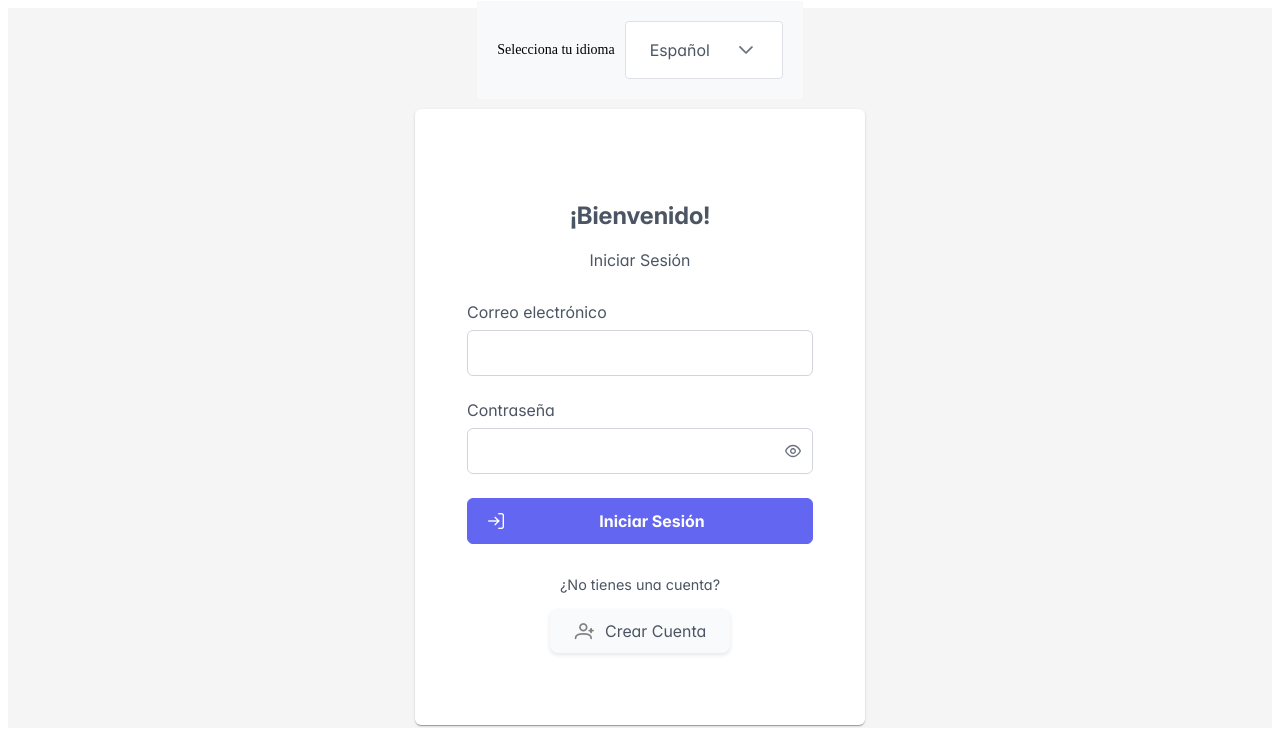
Repository: nder1996/Info_Colombia
Page: / (app in fronted/gestion-tareas/)
The author's editor kept a copy of each file at every save. The page is drawn from the files as they stood at one save, then again after the next save.
The browser window is 1280 px wide. The pictures show the whole page.
The project was rebuilt for these pictures with package versions that can differ from the ones it lists, and the page was loaded fresh each time. Also part of the build but not shown: fronted/gestion-tareas/src/routes/ProtectedRoute.tsx, fronted/gestion-tareas/src/components/gestion-tareas/GestionTareas.css, fronted/gestion-tareas/src/services/GestionTareasService.ts, fronted/gestion-tareas/src/services/SummaryServices.ts, fronted/gestion-tareas/src/services/UsuarioService.ts, fronted/gestion-tareas/src/services/WebSocketService.ts, fronted/gestion-tareas/src/hooks/useNotifications.ts, fronted/gestion-tareas/src/components/gestion-tareas/GestionTareas.tsx and 1 more.

Above is the page before, as saved 2025-02-24 03:19:40.

### fronted/gestion-tareas/src/index.css
.App {
  display: flex;
  justify-content: center;
  align-items: center;
  height: 100vh !important;
  width: 100% !important;
  background-color: #f5f5f5;
  padding: 0 !important;
  /*border:1px solid red !important;*/
  /* You can add more styles as needed */
}

### fronted/gestion-tareas/src/App.tsx
import React, { useRef } from 'react';
import { BrowserRouter } from 'react-router-dom';
import './App.css';
import AppRoutes from './routes/AppRoutes';
import useAuthStore from './store/auth/useAuthStore';
import './services/InterceptorAuth';
import { ToastProvider } from './context/ToastContext';

import "primereact/resources/themes/lara-light-indigo/theme.css";
import "primereact/resources/primereact.min.css";
import "primeicons/primeicons.css";
import { LanguageProvider } from './context/LanguageContext';



function App() {
  const auth = useAuthStore((state) => state.Auth)
  return (
    <ToastProvider>
      <LanguageProvider>
        <div className="App">
          <BrowserRouter>
            <AppRoutes />
          </BrowserRouter>
        </div>
      </LanguageProvider>
    </ToastProvider>
  );
}

export default App;

### fronted/gestion-tareas/src/App.css
@import "primereact/resources/themes/lara-light-indigo/theme.css";
@import "primereact/resources/primereact.min.css";
@import "primeicons/primeicons.css";

### fronted/gestion-tareas/src/routes/AppRoutes.tsx
import React from "react";
import { Routes, Route, Navigate } from "react-router-dom";
import ProtectedRoute from "./ProtectedRoute";
import useAuthStore from "../store/auth/useAuthStore";
import GestionTareas from "src/components/gestion-tareas/GestionTareas";
import InicioSession from "src/components/InicioSession/InicioSession";
import Registrarse from "src/components/Registrarse/Registrarse";

const AppRoutes: React.FC = () => {
  const auth = useAuthStore((state) => state.Auth);

  return (
    <Routes>
      <Route path="/login" element={<InicioSession />} />
      <Route path="/Registro" element={<Registrarse />} />

      {/* Agrupar rutas protegidas dentro de ProtectedRoute */}
      <Route element={<ProtectedRoute />}>
        <Route path="/GestionTareas" element={<GestionTareas />} />
      </Route>

      {/* Redirigir a login si no hay ruta válida */}

       <Route path="*" element={<Navigate to={auth.isAuthenticated ? "/GestionTareas" : "/login"} replace />} />
    </Routes>
  );
};

export default AppRoutes;

### fronted/gestion-tareas/src/store/auth/useAuthStore.ts
import { AuthService } from 'src/services/AuthService';
import { create } from 'zustand'

type AuthState = { Auth: { token: string | null ; isAuthenticated: boolean |null ; username:string | null } }

type AuthStateStoreActions = {
  setAuth: (nextAuth: AuthState['Auth']) => void
}

type AuthStore = AuthState & AuthStateStoreActions;

const useAuthStore = create<AuthStore>()((set) => ({
  Auth: AuthService.getInfoSession() || {
    token: null,
    isAuthenticated: false,
    username: null
  },
  setAuth: (nextAuth) => set({ Auth: nextAuth })
}));

export default useAuthStore;




//export default useAuthStore;

### fronted/gestion-tareas/src/services/InterceptorAuth.ts
import axios from 'axios';
import { AuthService } from './AuthService';

const InterceptorAuth = {
  usuario: axios.create({
    baseURL: 'http://localhost:8700/api/usuario'
  }),
  summary: axios.create({
    baseURL: 'http://localhost:8700/api/summary/'
  }),
  tarea: axios.create({
    baseURL: 'http://localhost:8700/api/tarea/'
  })
};

Object.values(InterceptorAuth).forEach(api => {
  api.interceptors.request.use(
    (config) => {
      const token = AuthService.getToken()?.replace(/"/g, '');
      if (token) {
        config.headers.Authorization = `Bearer ${token}`;
      }
      //console.log("se le agrego el token a la peticion: " + config.url+"  token "+config.headers.Authorization);
      return config;
    },
    (error) => Promise.reject(error)
  );

  api.interceptors.response.use(
    (response) => response,
    (error) => {
      if (error.response?.status !== 200 && error.response?.status !== 201) {
        AuthService.logout();
        window.location.href = '/login';
      }
      return Promise.reject(error);
    }
  );
});

export default InterceptorAuth;

### fronted/gestion-tareas/src/context/ToastContext.tsx
import { createContext, useContext, useRef } from 'react';
import { Toast } from 'primereact/toast';


interface ToastService {
    mostrarExito: (titulo: string, detalle?: string) => void;
    mostrarError: (titulo: string, detalle?: string) => void;
    mostrarInfo: (titulo: string, detalle?: string) => void;
    mostrarAdvertencia: (titulo: string, detalle?: string) => void;
}

const ToastContext = createContext<ToastService>({} as ToastService);

export const ToastProvider = ({ children }: { children: React.ReactNode }) => {
    const toast = useRef<Toast>(null);

    const mostrarExito = (titulo: string, detalle?: string) => {
        toast.current?.show({
            severity: 'success',
            summary: titulo,
            detail: detalle,
            life: 3000
        });
    };

    const mostrarError = (titulo: string, detalle?: string) => {
        toast.current?.show({
            severity: 'error',
            summary: titulo,
            detail: detalle,
            life: 5000
        });
    };

    const mostrarInfo = (titulo: string, detalle?: string) => {
        toast.current?.show({
            severity: 'info',
            summary: titulo,
            detail: detalle,
            life: 3000
        });
    };

    const mostrarAdvertencia = (titulo: string, detalle?: string) => {
        toast.current?.show({
            severity: 'warn',
            summary: titulo,
            detail: detalle,
            life: 4000
        });
    };

    return (
        <ToastContext.Provider value={{ mostrarExito, mostrarError, mostrarInfo, mostrarAdvertencia }}>
            <Toast ref={toast} position="top-right" />
            {children}
        </ToastContext.Provider>
    );
};

export const useToast = () => useContext(ToastContext);

### fronted/gestion-tareas/src/context/LanguageContext.tsx
import React, { createContext, useContext, useState } from 'react';
import { traducciones } from 'src/i18n/traducciones';
import { Language, ITranslations } from 'src/i18n/types';

interface LanguageContextType {
  language: Language;
  t: ITranslations;
  changeLanguage: (lang: Language) => void;
}

const LanguageContext = createContext<LanguageContextType>({} as LanguageContextType);

export const LanguageProvider = ({ children }: { children: React.ReactNode }) => {
  const [language, setLanguage] = useState<Language>('es');

  const changeLanguage = (lang: Language) => {
    setLanguage(lang);
  };

  const value = {
    language,
    t: traducciones[language],
    changeLanguage
  };

  return (
    <LanguageContext.Provider value={value}>
      {children}
    </LanguageContext.Provider>
  );
};



export const useLanguage = () => {
  const context = useContext(LanguageContext);
  if (!context) {
    throw new Error('useLanguage must be used within a LanguageProvider');
  }
  return context;
};

### fronted/gestion-tareas/src/components/InicioSession/InicioSession.tsx
import React, { useRef, useState } from 'react';
import './InicioSession.css';
import 'primereact/resources/themes/saga-blue/theme.css';
import 'primereact/resources/primereact.min.css';
import 'primeicons/primeicons.css';


import { Card } from 'primereact/card';
import { InputText } from 'primereact/inputtext';
import { Button } from 'primereact/button';
import { Toast } from 'primereact/toast';
import { useForm } from 'react-hook-form';
import { yupResolver } from '@hookform/resolvers/yup';
import * as yup from 'yup';
import { SesionServices } from 'src/services/SesionServices';
import useAuthStore from 'src/store/auth/useAuthStore';
import { Navigate, useNavigate } from 'react-router-dom';
import { setTimeout } from 'timers/promises';
import { AuthService } from 'src/services/AuthService';
import { Divider } from 'primereact/divider';
import { Password } from 'primereact/password';
import { useToast } from 'src/context/ToastContext';
import NavbarIdioma from '../navbar-idioma/navbar-idioma';
import { useLanguage } from 'src/context/LanguageContext';
import { traducciones } from 'src/i18n/traducciones';
import { Language } from 'src/i18n/types';



interface FormInputs {
  username: string;
  password: string;
}


const createValidationSchema = (t: typeof traducciones, language: Language) => yup.object({
  username: yup
    .string()
    .required(t[language].autenticacion.emailRequerido)
    .email(t[language].autenticacion.emailValido),
  password: yup
    .string()
    .required(t[language].autenticacion.contrasenaRequerida)
});

const InicioSession = () => {
  const [isLoading, setIsLoading] = useState(false);
  const setUseAuthState = useAuthStore((state) => state.setAuth);
  const Auth = useAuthStore((state) => state.Auth);
  const navigate = useNavigate();
  const { mostrarExito, mostrarError } = useToast();
  const { language } = useLanguage();
  const texts = traducciones[language].autenticacion;
  const schema = createValidationSchema(traducciones, language);

  const { register, handleSubmit, formState: { errors }, setValue , watch } = useForm<FormInputs>({
    resolver: yupResolver(schema)
  });

  const onSubmit = async (data: FormInputs) => {
    try {
      setIsLoading(true);
      await SesionServices.login(data.username, data.password);
      const token = AuthService.getToken();
      if (!token || token.trim() === "") {
        mostrarError('Error', 'Usuario o contraseña inválidos');
        return;
      }
      setIsLoading(false);
      setUseAuthState({
        token: token,
        isAuthenticated: true,
        username: data.username
      });
      mostrarExito('¡Bienvenido!', `Bienvenido ${data.username}`);
    } catch (error: any) {
      mostrarError('Error', 'Error al procesar el inicio de sesión');
    }
  };



  if (Auth.isAuthenticated) {
    return <Navigate to="/GestionTareas" />;
  }



  return (
    <div className="login-container">
      <NavbarIdioma></NavbarIdioma>
      <Card className="login-card">
        <div className="login-header">
          <h2>{texts.bienvenido}</h2>
          <p>{texts.iniciarSesion}</p>
        </div>
        <form onSubmit={handleSubmit(onSubmit)} className="p-fluid form-inicio">
          <div className="field">
            <label>{texts.correo}</label>
            <InputText
              {...register('username')}
              className={errors.username ? 'p-invalid' : ''}
              onChange={(e) => {
                register('username').onChange(e);
              }}
            />
            {errors.username && (
              <p className="p-error">{errors.username.message}</p>
            )}
          </div>

          <div className="field">
            <label>{texts.contrasena}</label>
            <Password
              {...register('password')}
              className={errors.password ? 'p-invalid' : ''}
              feedback={false}
              toggleMask
              onChange={(e) => {
                register('password').onChange(e);
              }}
            />
            {errors.password && (
              <small className="p-error">{errors.password.message}</small>
            )}
          </div>
          <Button
            type="submit"
            label={isLoading ? 'Iniciando sesión...' : 'Iniciar Sesión'}
            icon={isLoading ? 'pi pi-spinner pi-spin' : 'pi pi-sign-in'}
          />
        </form>
        <div className="register-section">
          <p className="register-text">{texts.noTienesCuenta}</p>
          <a className="register-link" onClick={() => navigate('/registro')}>
            <i className="pi pi-user-plus register-icon" />
            <span>{texts.crearCuenta}</span>
          </a>
        </div>
      </Card>

    </div>
  );
};

export default InicioSession;

### fronted/gestion-tareas/src/services/AuthService.ts
import useAuthStore from 'src/store/auth/useAuthStore';
import { create } from 'zustand';
import { LocalStarogeService } from './LocalStorageService';



export interface AuthData {
  token: string | null;
  isAuthenticated: boolean | null;
  username: string | null;
}


 export class AuthService {

  static saveToken(auth: AuthData) {
    LocalStarogeService.save('authToken', JSON.stringify(auth));
  }

  static getToken(): string {
    const authData = JSON.parse(LocalStarogeService.get('authToken') || "") ;
    return authData.token || '';
  }

  static getInfoSession(): AuthData {
    try {
      const session = LocalStarogeService.get('authToken');
      if (!session || typeof session !== 'string') {
        return { token: '', isAuthenticated: false, username: '' };
      }
      const parsed = JSON.parse(session) as AuthData;
      return parsed;
    } catch {
      return { token: '', isAuthenticated: false, username: '' };
    }
  }
  static isAuthenticated(): boolean {
    return !!this.getToken();
  }

  static logout(): void {
    localStorage.removeItem('authToken');
    //useAuthStore.getState().clearAuth();
  }

  static getAuthHeader() {
    const token = this.getToken()?.replace(/"/g, '');
    return token ? { Authorization: `Bearer ${token}` } : {};
  }
}

### fronted/gestion-tareas/src/components/InicioSession/InicioSession.css
.login-container {
  display: flex;
  justify-content: center;
  align-items: center;
  flex-direction: column !important;
  min-height: 100vh;
  padding: 0 !important;
  margin: 0 !important;
}



.login-header {
  text-align: center;
  margin-bottom: 2rem;
}

.form-inicio {
  display: flex;
  flex-direction: column;
  gap: 1.5rem;
}

.field {
  display: flex;
  flex-direction: column;
  gap: 0.5rem;
}

.register-section {
  margin-top: 2rem;
  text-align: center;
 }

 .register-link {
  display: inline-flex;
  align-items: center;
  gap: 0.75rem;
  padding: 0.75rem 1.5rem;
  border-radius: 8px;
  background: var(--surface-50);
  transition: all 0.2s ease;
  box-shadow: 0 2px 4px rgba(0,0,0,0.1);
  cursor: pointer !important;
 }

 .register-link:hover {
  background: var(--surface-100);
  transform: translateY(-2px);
  box-shadow: 0 4px 8px rgba(0,0,0,0.15);
 }

 .register-icon {
  color: grey;
  font-size: 1.2rem;
 }

 .register-text {
  font-size: 0.9rem;
  color: var(--text-color);
  margin-bottom: 1rem;
 }

 .login-container {
  display: flex;
  flex-direction: column;
  min-height: 100vh;
}

.login-card {
  margin: 10px;
  width: 100%;
  width: 450px;
  padding: 2rem;
}


.navbar-idioma {
  width: 100%;
  padding: 1rem;
}

### fronted/gestion-tareas/src/services/SesionServices.ts
import axios from "axios";
import { AuthData, AuthService } from "./AuthService";
import { LocalStarogeService } from "./LocalStorageService";
import { ApiResponse } from "src/models/ApiResponse";



export interface usuarioRegister {
    id: number;
    nombre: string;
    email: string;
    password: string;
}
export class SesionServices  {
    private static readonly baseUrl = 'http://localhost:8700/api/auth';


    public static async login(username: string, password: string): Promise<void> {
        try {
            const response = await axios.post(`${this.baseUrl}/login`, {
                username,
                password
            });

            const token = response.data.token;
            const authData: AuthData = {
                token: token,
                username: username,
                isAuthenticated: true
            };

            AuthService.saveToken(authData);
        } catch (error) {
            console.error('Login failed:', error);
            throw error;
        }
    }

    public static async registre(user: usuarioRegister): Promise<ApiResponse<string>> {
        try {
            const response = await axios.post(`${this.baseUrl}/register`, user);
            return response.data;
        } catch (error) {
            console.error('Login failed:', error);
            throw error;
        }
    }


}

### fronted/gestion-tareas/src/components/navbar-idioma/navbar-idioma.tsx
import { Dropdown } from 'primereact/dropdown';
import { useLanguage } from "src/context/LanguageContext";
import { Language } from "src/i18n/types";

const NavbarIdioma = () => {
  const { language, changeLanguage } = useLanguage();

  const options = [
    { label: 'Español', value: 'es' as Language },
    { label: 'English', value: 'en' as Language }
  ];

  return (
    <div style={{
      display: 'flex',
      justifyContent: 'center',
      backgroundColor: '#f8f9fa',
      padding: '20px'
    }}>
      <div style={{
        display: 'flex',
        alignItems: 'center',
        gap: '10px'
      }}>
        <span style={{
          fontSize: '14px',
          color: '#000'
        }}>Selecciona tu idioma</span>
        <Dropdown
          value={language}
          options={options}
          onChange={(e) => changeLanguage(e.value)}
          style={{
            minWidth: '120px',
            borderRadius: '4px',
            border: '1px solid #dee2e6',
            padding: '6px 12px'
          }}
        />
      </div>
    </div>
  );
};

export default NavbarIdioma;

### fronted/gestion-tareas/src/components/Registrarse/Registrarse.css
.auth-container {
  display: flex;
  justify-content: center;
  align-items: center;
  min-height: 100vh;
  background: linear-gradient(135deg, #f6f7fb 0%, #f0f2f7 100%);
  padding: 20px;
  width: 100%;
}

.auth-card {
  background: white;
  padding: 2.5rem;
  border-radius: 16px;
  width: 100%;
  max-width: 450px;
  box-shadow: 0 10px 25px rgba(0, 0, 0, 0.05);
}

.auth-header {
  text-align: center;
  margin-bottom: 2.8rem;
}

.auth-header h2 {
  color: #2d3748;
  font-size: 1.875rem;
  font-weight: 600;
  margin-bottom: 0.5rem;
}

.auth-header p {
  color: #718096;
  font-size: 0.95rem;
}

.auth-form {
  display: flex;
  flex-direction: column;
  gap: 2.5rem;
}

.form-group {
  position: relative;
}

.form-input {
  width: 100% !important;
  padding: 1rem !important;
  border: 1px solid #e2e8f0 !important;
  border-radius: 10px !important;
  background: #f8fafc !important;
  transition: all 0.3s ease !important;


  /*margin-top: 1rem !important;*/
}

.form-input:hover {
  background: #fff !important;
  border-color: #cbd5e1 !important;
}

.form-input:focus {
  background: #fff !important;
  border-color: #3b82f6 !important;
  box-shadow: 0 0 0 3px rgba(59, 130, 246, 0.1) !important;
}

.p-float-label {
  /*display: block;*/
}

.p-float-label label {
  background: transparent !important;
  color: #64748b !important;
  font-size: 0.875rem !important;
}

/*.p-float-label input:focus ~ label,
.p-float-label input.p-filled ~ label {
  transform: translateY(-1.5rem) scale(0.85) !important;
  color: #3b82f6 !important;
}*/

.p-password {
  width: 100% !important;
}

.p-password-input {
  width: 100% !important;
}

.table-cell {
  text-align: center;
}

.table-header {
  text-align: center;
}

/* Para centrar verticalmente también */
.table-cell, .table-header {
  vertical-align: middle;
}

### fronted/gestion-tareas/src/services/localStorageService.ts
export class LocalStarogeService{


  public static save(key: string, value: any): void {
    try {
      const serializedValue = JSON.stringify(value);
      localStorage.setItem(key, serializedValue);
    } catch (error) {
      console.error('Error saving to localStorage:', error);
    }
  }



  public static get<T>(key: string, defaultValue: T | null = null): T | null {
    try {
      const item = localStorage.getItem(key);
      return item ? JSON.parse(item) : defaultValue;
    } catch (error) {
      console.error('Error retrieving from localStorage:', error);
      return defaultValue;
    }
  }



  public static remove(key: string): void {
    try {
      localStorage.removeItem(key);
    } catch (error) {
      console.error('Error removing from localStorage:', error);
    }
  }


  public static exists(key: string): boolean {
    return localStorage.getItem(key) !== null;
  }


  public static clear(): void {
    try {
      localStorage.clear();
    } catch (error) {
      console.error('Error clearing localStorage:', error);
    }
  }


  public static update(key: string, value: any): void {
    try {
      const existingValue = this.get(key, {});
      const updatedValue = { ...existingValue, ...value };
      this.save(key, updatedValue);
    } catch (error) {
      console.error('Error updating localStorage:', error);
    }
  }


  public static getAllKeys(): string[] {
    const keys: string[] = [];
    for (let i = 0; i < localStorage.length; i++) {
      const key = localStorage.key(i);
      if (key) {
        keys.push(key);
      }
    }
    return keys;
  }
}

Loaded but not shown: fronted/gestion-tareas/public/index.html (common file); fronted/gestion-tareas/src/index.js (common file); fronted/gestion-tareas/src/reportWebVitals.js (common file); fronted/gestion-tareas/src/i18n/traducciones.ts (164 lines, source omitted)

After the next save:
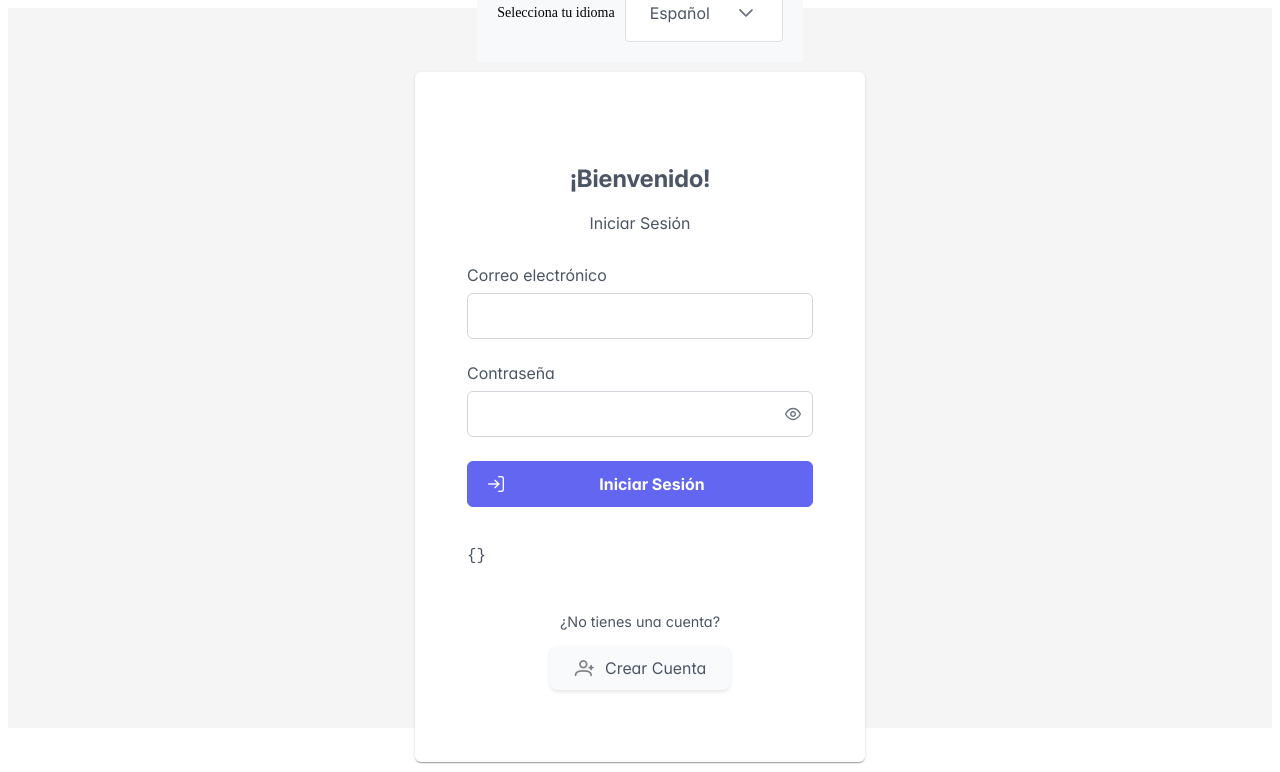
Saved 11 s later.
--- a/fronted/gestion-tareas/src/components/InicioSession/InicioSession.tsx
+++ b/fronted/gestion-tareas/src/components/InicioSession/InicioSession.tsx
@@ -129,6 +129,7 @@ const InicioSession = () => {
             label={isLoading ? 'Iniciando sesión...' : 'Iniciar Sesión'}
             icon={isLoading ? 'pi pi-spinner pi-spin' : 'pi pi-sign-in'}
           />
+          <pre>{JSON.stringify(watch(), null, 2)}</pre>
         </form>
         <div className="register-section">
           <p className="register-text">{texts.noTienesCuenta}</p>
